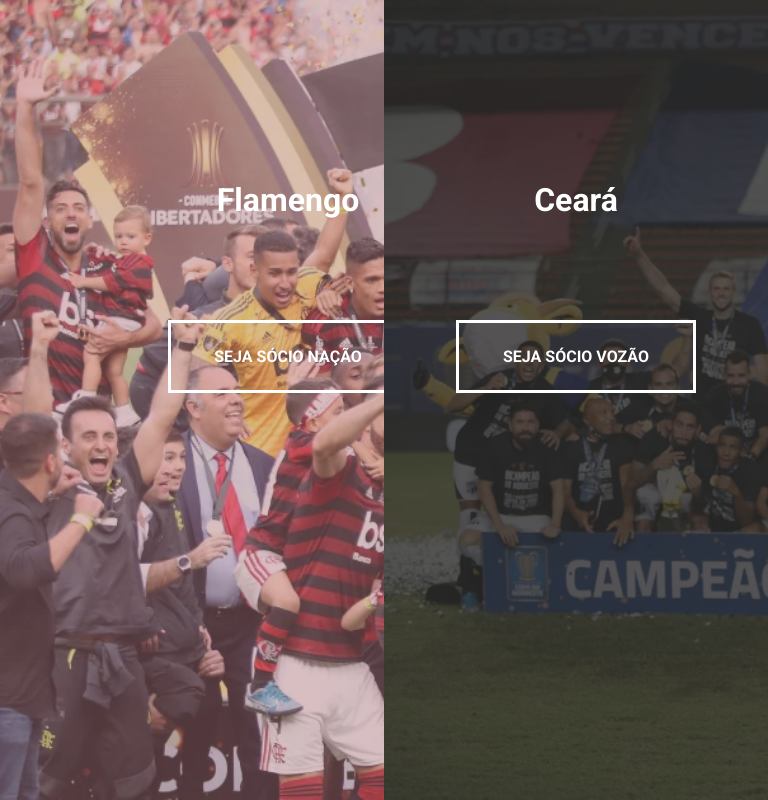
Repository: Williamlmachado/Divis-o-de-P-gina
Page: index.html
The author's editor kept a copy of each file at every save. The page is drawn from the files as they stood at one save, then again after a run of saves.
The browser window is 768 px wide. The pictures show the whole page.

Above is the page before, as saved 2021-08-17 10:31:37.

After the next 3 saves:
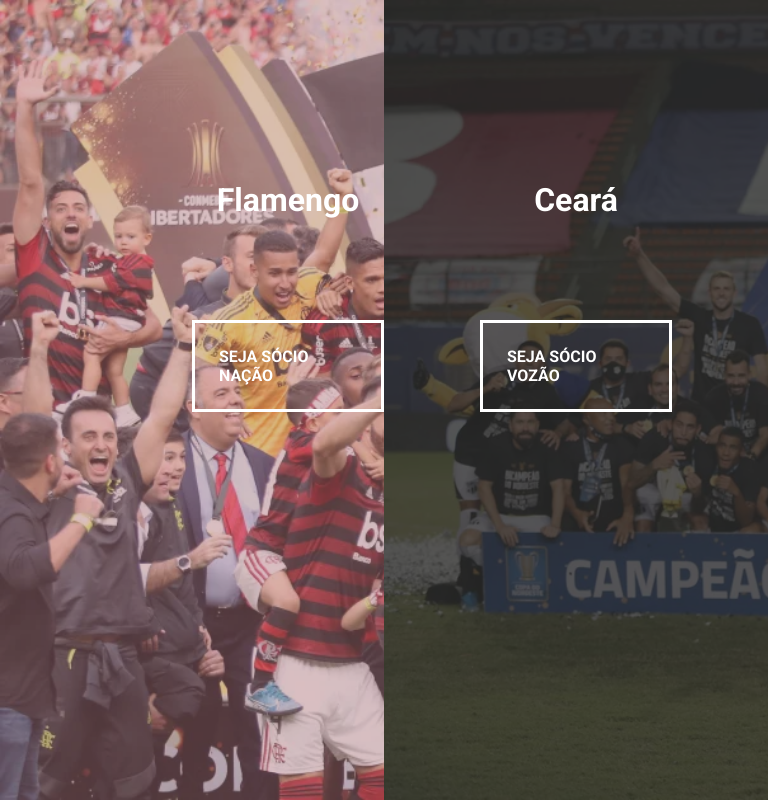
The 3 saves are shown as one change because they came seconds apart.
The last was saved 9 s later.
--- a/style.css
+++ b/style.css
@@ -117,6 +117,7 @@
         font-size: 2rem;
     }
     .btn{
+        width: 12rem;
 
     }
 }

After the save that followed:
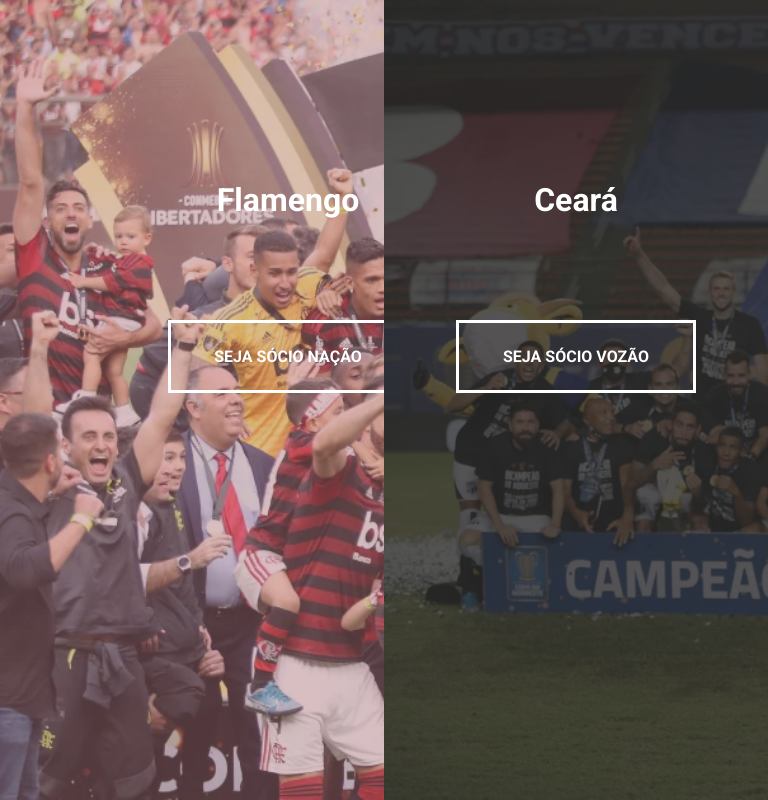
Saved 6 s later.
--- a/style.css
+++ b/style.css
@@ -117,6 +117,7 @@
         font-size: 2rem;
     }
     .btn{
+        padding
         width: 12rem;
 
     }
